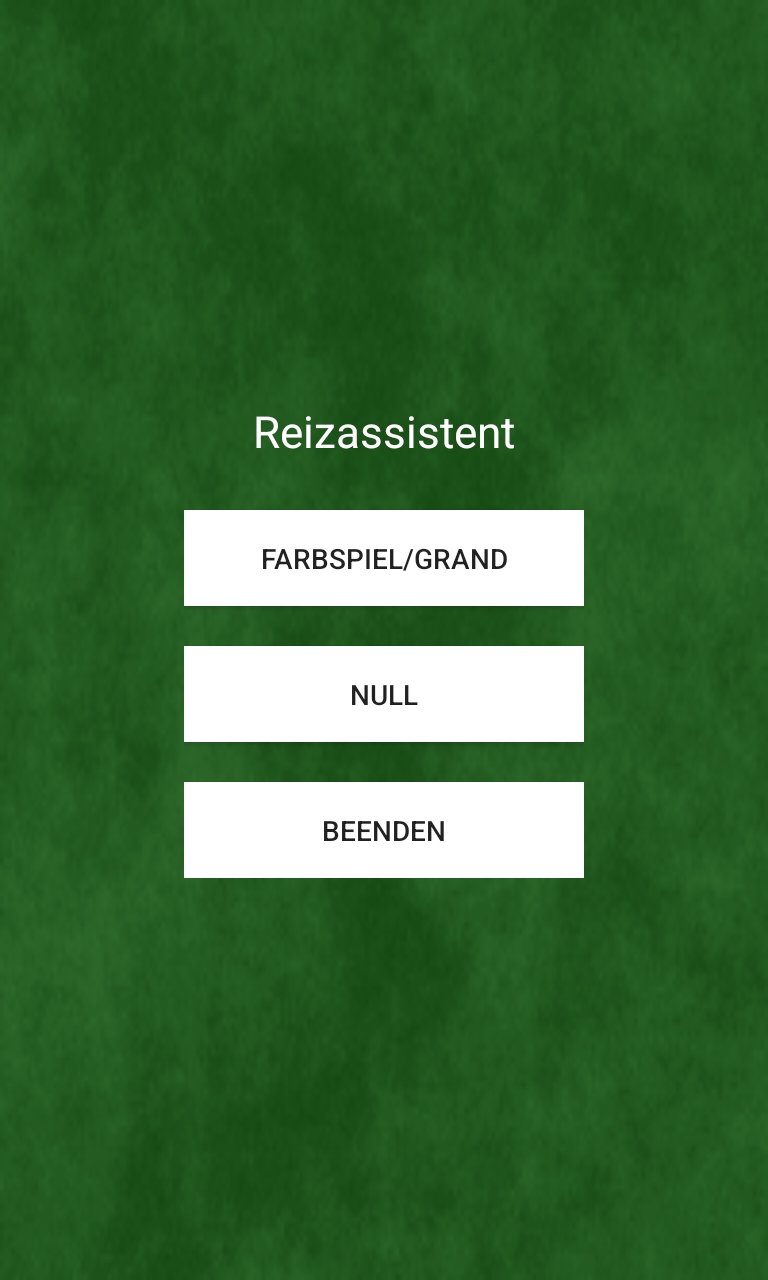
Repository: razinanu/InSy-Skat
Layout: InSy-Skat/res/layout/fragment_main.xml
The author's editor kept a copy of each file at every save. The layout is drawn from the files as they stood at one save, then again after the next save.
It is drawn on a 768 x 1280 px phone screen (xhdpi) without system bars, with theme AppThemeWithoutActionBarTitle; the app's code is not run.

Above is the layout before, as saved 2014-06-21 18:02:42.

After the next save:
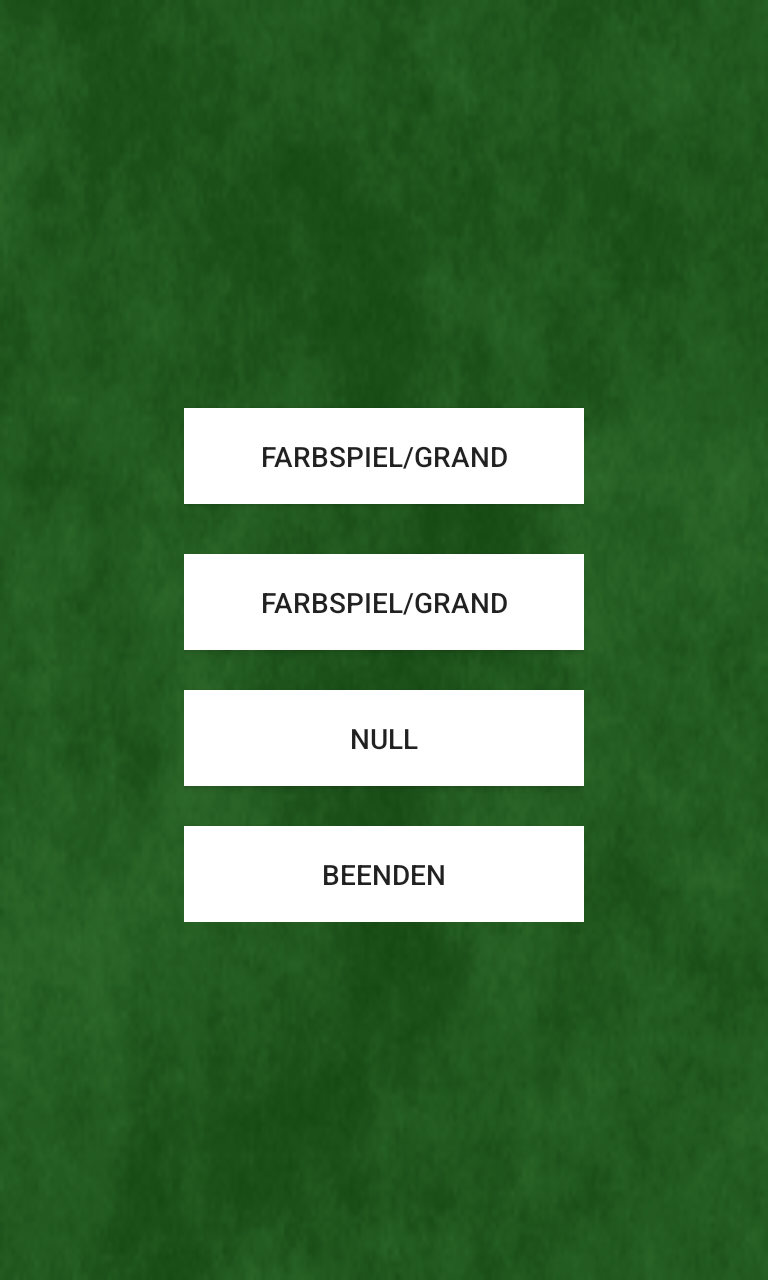
Saved 3 min 18 s later.
--- a/InSy-Skat/res/layout/fragment_main.xml
+++ b/InSy-Skat/res/layout/fragment_main.xml
@@ -17,14 +17,16 @@
 
         android:orientation="vertical"
         android:layout_gravity="center" >
-          <TextView
-            android:id="@+id/textmenu"
+
+        <Button
+            android:id="@+id/farbGrandGameButton"
             android:layout_width="match_parent"
             android:layout_height="wrap_content"
-            android:gravity="center"
-            android:text="@string/reizassistent"
-            android:textAppearance="?android:attr/textAppearanceLarge"
-            android:textColor="#ffffff" />
+            android:layout_marginTop="25dp"
+             android:gravity="center"
+            android:text="@string/farbspielGrand"
+            android:onClick="selectSoldiersActivity"
+            android:background="#ffffff" />
 
         <Button
             android:id="@+id/farbGrandGameButton"
--- a/InSy-Skat/res/values/strings.xml
+++ b/InSy-Skat/res/values/strings.xml
@@ -19,42 +19,6 @@
     <string name="title_activity_result">ResultActivity</string>
     <string name="info_title">Zusätzliche Informationen</string>
     <string name="home_title">Hauptmenü</string>
-    <string name="text18">18</string>
-    <string name="text20">20</string>
-    <string name="text22">22</string>
-    <string name="text23">23</string>
-    <string name="text24">24</string>
-    <string name="text27">27</string>
-    <string name="text30">30</string>
-    <string name="text35">35</string>
-    <string name="text36">36</string>
-    <string name="text40">40</string>
-    <string name="text44">44</string>
-    <string name="text45">45</string>
-    <string name="text46">46</string>
-    <string name="text48">48</string>
-    <string name="text50">50</string>
-    <string name="text54">54</string>
-    <string name="text55">55</string>
-    <string name="text59">59</string>
-    <string name="text60">60</string>
-    <string name="text63">63</string>
-    <string name="text66">66</string>
-    <string name="text70">70</string>
-    <string name="text72">72</string>
-    <string name="text77">77</string>
-    <string name="text80">80</string>
-    <string name="text81">81</string>
-    <string name="text84">84</string>
-    <string name="text88">88</string>
-    <string name="text90">90</string>
-    <string name="text96">96</string>
-    <string name="text99">99</string>
-    <string name="text100">100</string>
-    <string name="text108">108</string>
-    <string name="text110">110</string>
-    <string name="text117">117</string>
-    <string name="text120">120</string>
     <string name="title_activity_null_sp">NullSPActivity</string>
     <string name="hello_world">Hello world!</string>
 
